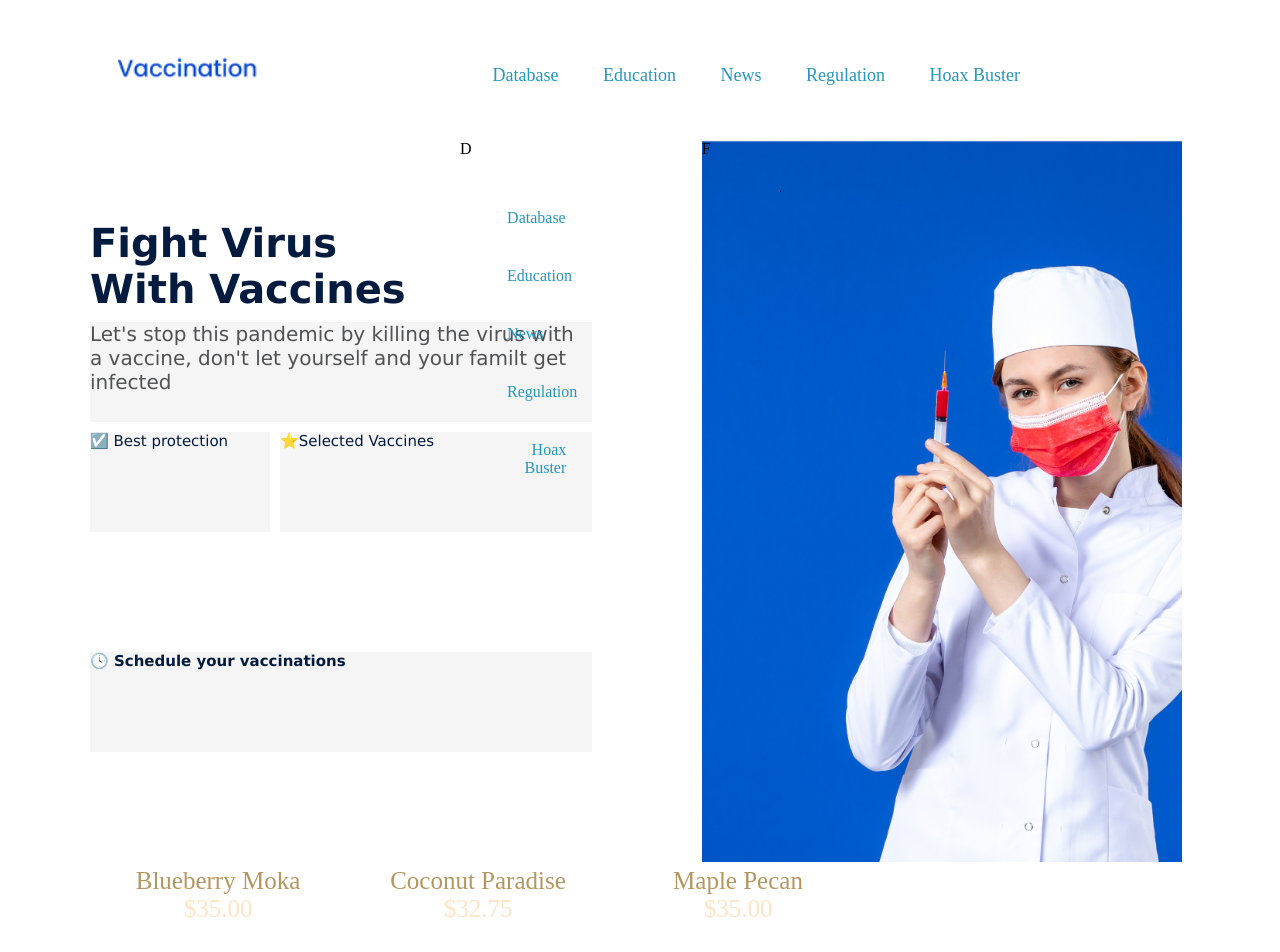
Repository: roge64/cssfrontend
Page: index.html
The author's editor kept a copy of each file at every save. The page is drawn from the files as they stood at one save, then again after the next save.
The browser window is 1280 px wide. The pictures show the part of the page from y = 0 to 952 px (the page is 2338 px tall).
A picture or video elsewhere on the page could not be fetched, so the positions and the page height are approximate.

Above is the page before, as saved 2022-03-10 17:11:37.

### index.html
<!DOCTYPE html>
<html lang="en">

<head>
    <meta charset="UTF-8">
    <meta http-equiv="X-UA-Compatible" content="IE=edge">
    <meta name="viewport" content="width=device-width, initial-scale=1.0">
    <title>3 Cakes</title>
    <link rel="stylesheet" href="estilos/estilos.css">


</head>

<body>

    <section id="container">

        <header>
            <!--             <p style="color:#b49760"> Only 3 cakes for 3 months, and then we change all! </p> -->

        </header>

    <section id="banner">

        <article id="banner1">

        </article>

        <article id="banner2">
            <ul class="menu">
                <li><a href="#home"></a>Database</li>
                <li><a href="#cakes"></a>Education</li>
                <li><a href="#decor"></a>News</li>
                <li><a href="#order"></a>Regulation</li>
                <li><a href="#admin"></a>Hoax Buster</li>
                <!-- <li><a href="#void"></a>   </li> -->
            </ul>
        </article>

    </section>


<!--     <section id="tienda">
        <article id="cake1"> </article>
        <article id="cake2"> </article>
        <div class="wrapper">
            <div class="box e">E</div>
            <div class="box f">F</div>
            <div class="box g">G</div>
            <div class="box h">H</div>
        </div>
    </section> -->

    <div class="wrapper">
        <div class="box d">D</div>
        <div class="box e" style="color:#041b40">Fight Virus With Vaccines</div>
        <div class="box f">F</div>
        <div class="box g" style="color:#515254"> Let's stop this pandemic by killing the virus with a vaccine, don't let yourself and your familt get infected</div>
        <div class="box h" style="color:#041b40">☑️ Best protection</div>
        <div class="box i" style="color:#041b40"> ⭐Selected Vaccines</div>
        <div class="box j" style="color:#041b40"> 🕓 Schedule your vaccinations</div>

            <ul class="menu">
                <li><a href="#home"></a>Database</li>
                <li><a href="#cakes"></a>Education</li>
                <li><a href="#decor"></a>News</li>
                <li><a href="#order"></a>Regulation</li>
                <li><a href="#admin"></a>Hoax Buster</li>
            </ul>

    </div>

    <section id="names">
        <article id="name1">
            <p style="color:#b49760"> Blueberry Moka</p>
            <p style="color: bisque"> $35.00</p>
        </article>
        <article id="name2">
            <p style="color:#b49760"> Coconut Paradise</p>
            <p style="color: bisque"> $32.75</p>
        </article>
        <article id="name3">
            <p style="color:#b49760"> Maple Pecan</p>
            <p style="color: bisque"> $35.00</p>
        </article>
    </section>

    <section id="separador">


    </section>

    <section id="social">
        <article id="social1">
            <a href="#"><img src="img/instagram.png" alt="instagram"></a>
            <a href="#"><img src="img/facebook.png" alt="facebook"></a>
            <a href="#"><img src="img/youtube.png" alt="youtube"></a>
            <a href="#"><img src="img/twitter.png" alt="twitter"></a>
        </article>

        <article id="social2">
            <div id="lte_icons-2" class="widget widget_lte_icons">
                <h3 class="lte-header-widget " style="color:bisque"><span class="widget-icon"></span>Contact us
                </h3>
                <ul class="lte-social-icons-list">
                    <li>
                        <a href="#"><span class="lte-ic icon icon-phone-call"></span><span class="lte-header"
                                style="color:bisque">Phone:</span><span class="lte-txt" style="color:#b49760">+52
                                01-2345-6789<br> </span>
                        </a>
                    </li>
                    <li>
                        <a href="#"><span class="lte-ic icon icon-location"></span><span class="lte-header"
                                style="color:bisque">Our location:</span><span class="lte-txt" style="color:#b49760">975
                                FrontEnd Ave, NA 105048, Unknown</span>
                        </a>
                    </li>
                    <li>
                        <a href="#"><span class="lte-ic icon icon-mail"></span><span class="lte-header"
                                style="color:bisque">Email:</span><span class="lte-txt"
                                style="color:#b49760">3cakes@3cakes.com</span>
                        </a>
                    </li>
                    <li>
                        <a href="#">
                            <span class="lte-ic icon icon-mail"></span>
                            <span class="lte-header" style="color:bisque">Hours:</span>
                            <span class="lte-txt" style="color:#b49760">Monday - Friday: 10:00 - 20:00</span>
                            <br>
                            <span class="lte-txt" style="color:#b49760">Saturday -Sunday: 10:00 - 14:00</span>
                        </a>
                    </li>
                </ul>
            </div>

        </article>
    </section>


    <footer>
        <p style="color:#b49760"> Copyright &copy; 2021-<script>
                document.write(new Date().getFullYear())
            </script> Rogelio Valdés All Rights Reserved</p>
        <article id="footer1"></article>
    </footer>

    </section>

</body>

</html>

### estilos/estilos.css
*{
    border: 0 ;
    margin: 0 ;
    padding: 0;
/*     text-decoration: none; */
}

body{
/*     font-family: Geneva; */
    background-color: rgb(0, 0, 0);
    width:1100px;
    margin-left:auto;
    margin-right:auto;

    background-color:white;
/* background-image:
radial-gradient(circle at 100% 150%, black 24%, #101010 24%, #101010 28%, black 28%, black 36%, #101010 36%, #101010 40%, transparent 40%, transparent),
radial-gradient(circle at 0    150%, black 24%, #101010 24%, #101010 28%, black 28%, black 35%, #101010 36%, #101010 40%, transparent 40%, transparent),
radial-gradient(circle at 50%  100%, #101010 10%, black 10%, black 23%, #101010 23%, #101010 30%, black 30%, black 43%, #101010 43%, #101010 50%, black 50%, black 63%, #101010 63%, #101010 71%, transparent 71%, transparent),
radial-gradient(circle at 100% 50%, #101010 5%, black 5%, black 15%, #101010 15%, #101010 20%, black 20%, black 29%, #101010 29%, #101010 34%, black 34%, black 44%, #101010 44%, #101010 49%, transparent 49%, transparent),
radial-gradient(circle at 0    50%, #101010 5%, black 5%, black 15%, #101010 15%, #101010 20%, black 20%, black 29%, #101010 29%, #101010 34%, black 34%, black 44%, #101010 44%, #101010 48%, transparent 49%, transparent);
background-size: 50px 31px;
 */
}

.menu{
    list-style: none;
    padding: 0;
    background: white;
    width: 90%;
    height: 75px;
    max-width: 900px;
    margin: auto;
}

.menu li{
    text-decoration: none;
    color: #2596be;
    padding: 20px;
    display: block;
}

.menu li{
    display: inline-block;
    text-align: right;
}

.menu li:hover{
    background: #2747c5;
}


#container, header, #banner, #noticias, #marcas, footer, #social1{
    /* background-color:rgb(255, 255, 255); */
    background-color:white;
/* background-image:
radial-gradient(circle at 100% 150%, black 24%, #101010 24%, #101010 28%, black 28%, black 36%, #101010 36%, #101010 40%, transparent 40%, transparent),
radial-gradient(circle at 0    150%, black 24%, #101010 24%, #101010 28%, black 28%, black 35%, #101010 36%, #101010 40%, transparent 40%, transparent),
radial-gradient(circle at 50%  100%, #101010 10%, black 10%, black 23%, #101010 23%, #101010 30%, black 30%, black 43%, #101010 43%, #101010 50%, black 50%, black 63%, #101010 63%, #101010 71%, transparent 71%, transparent),
radial-gradient(circle at 100% 50%, #101010 5%, black 5%, black 15%, #101010 15%, #101010 20%, black 20%, black 29%, #101010 29%, #101010 34%, black 34%, black 44%, #101010 44%, #101010 49%, transparent 49%, transparent),
radial-gradient(circle at 0    50%, #101010 5%, black 5%, black 15%, #101010 15%, #101010 20%, black 20%, black 29%, #101010 29%, #101010 34%, black 34%, black 44%, #101010 44%, #101010 48%, transparent 49%, transparent);
background-size: 50px 31px;
 */
    height: 1500px;
    width: 1100px;

}

header{
/*     background-color:antiquewhite;
 */
    height: 40px;
    text-align: center;
    font-size: x-large;

}

#banner{
    background-color:white;
/*     background-color:rgb(25, 25, 25); */
    width: 1100px;
    height: 100px;


}


#noticias{
/*     background-color: antiquewhite;
 */
    height: 200px;
}

#tienda #names{
/*     background-color: grey; */
/* background-color:black;
background-image:
radial-gradient(circle at 100% 150%, black 24%, #101010 24%, #101010 28%, black 28%, black 36%, #101010 36%, #101010 40%, transparent 40%, transparent),
radial-gradient(circle at 0    150%, black 24%, #101010 24%, #101010 28%, black 28%, black 35%, #101010 36%, #101010 40%, transparent 40%, transparent),
radial-gradient(circle at 50%  100%, #101010 10%, black 10%, black 23%, #101010 23%, #101010 30%, black 30%, black 43%, #101010 43%, #101010 50%, black 50%, black 63%, #101010 63%, #101010 71%, transparent 71%, transparent),
radial-gradient(circle at 100% 50%, #101010 5%, black 5%, black 15%, #101010 15%, #101010 20%, black 20%, black 29%, #101010 29%, #101010 34%, black 34%, black 44%, #101010 44%, #101010 49%, transparent 49%, transparent),
radial-gradient(circle at 0    50%, #101010 5%, black 5%, black 15%, #101010 15%, #101010 20%, black 20%, black 29%, #101010 29%, #101010 34%, black 34%, black 44%, #101010 44%, #101010 48%, transparent 49%, transparent);
background-size: 50px 31px; */

    height: 300px;
    width: 1000px;
    padding-left: 10px;
    padding-right: 10px;
    padding-top: 5px;
    text-align: center;
}

#marcas{
/*     background-color:rgb(58, 41, 18); */
    height: 205px;
}


footer{
    width: 800px;
/*     background-color:rgb(0, 0, 0); */
    text-align: center;
    height: 25px;
    padding-top: 7px;

}


#banner #banner1{
/*     background-color: rgb(180, 134, 73); */
    width: 170px;
    height: 50px;
    float: left;
    text-align: center;
/*     display: inline-block; */
    margin: 5px 5px;
    background-image: url("../img/logo1.png");
    background-repeat: no-repeat;
    background-size: cover;
}

#banner #banner2{
/*     background-color: rgb(180, 134, 73); */
    width: 750px;
    height: 100px;
    float: right;
/*     display: inline-block; */
    /* vertical-align: center;  */
    margin: 5px 5px;
    font-size: 18px;
}

#noticias #news1{
/*     background-color: rgb(41, 38, 34); */
    font-size: 50px;

    text-align: center;
    width: 790px;
    height: 200px;
    display: inline-block;
    vertical-align: center;
    margin: 5px 5px;

}


#tienda #cake1{
    background: rgb(109, 175, 33);
    width: 480px;
    height: 485px;
    display: inline-block;
    vertical-align: top;
    margin: 5px 8px;

}

#tienda #cake2{
    background: cornflowerblue;
    width: 450px;
    height: 585px;
    display: inline-block;
    vertical-align: top;
    margin: 5px 70px;
    background-image: url("../img/picx1.png");
    background-repeat: no-repeat;
    background-size: cover;
}

/* #tienda #cake3{
    background: rgb(175, 169, 112);
    width: 240px;
    height: 285px;
    display: inline-block;
    vertical-align: top;
    margin: 5px 5px;
} */

#names #name1{
    font-size: 25px;
    text-align: center;
    width: 240px;
    height: 60px;
    display: inline-block;
    vertical-align: top;
    margin: 5px 8px;
}

#names #name2{
    font-size: 25px;
    text-align: center;
    width: 240px;
    height: 60px;
    display: inline-block;
    vertical-align: top;
    margin: 5px 8px;
}

#names #name3{
    font-size: 25px;
    text-align: center;
    width: 240px;
    height: 60px;
    display: inline-block;
    vertical-align: top;
    margin: 5px 8px;
}

#social #social1{
    text-decoration: none;
/*     background: rgb(109, 175, 33); */
    width: 375px;
    height: 150px;
    display: inline-block;
    vertical-align: center;
    margin: 10px 12px;
}

#social #social2{
    text-decoration: none;
/*     background: rgb(109, 175, 33); */
    width: 375px;
    height: 150px;
    display: inline-block;
    vertical-align: center;
    margin: 10px 10px;
}

#social #social1 {
    color: rgb(175, 169, 112);


}

#separador {
        width: 800px;
        text-align: center;
        height: 100px;

}

.wrapper {
    display: grid;
    grid-template-columns: repeat(1, 1fr);
    gap: 10px;
    grid-auto-rows: minmax(100px, auto);
  }


  .e {
    grid-column: 1 / 38;
    grid-row: 1 / 2;
    margin-top: 80px;
    background-color:white;
    font-family:Verdana, Geneva, Tahoma, sans-serif;
    font-size: 40px;
    font-weight: 600;
    font-stretch: expanded;
  }
  .f {
    grid-column: 50 / 99;
    grid-row: 1 / 7;
    background-color:aqua;
    background-image: url("../img/picx1.png");
    background-repeat: no-repeat;
    background-size: cover;

  }
  .g {
    grid-column: 1 / 40;
    grid-row: 2 / 3;
    margin-top: 20;
    background-color:whitesmoke;
    font-family:Verdana, Geneva, Tahoma, sans-serif;
    font-size: 20px;
    font-weight: 500;
    font-stretch: expanded;
  }
  .h {
    grid-column: 1 / 20;
    grid-row: 3 / 3;
    background-color:whitesmoke;
    font-family:Verdana, Geneva, Tahoma, sans-serif;
    font-size: 15px;
    font-weight: 200;
    font-stretch: expanded;
  }
  .i {
    grid-column: 20 / 40;
    grid-row: 3 / 3;
    background-color:whitesmoke;
    font-family:Verdana, Geneva, Tahoma, sans-serif;
    font-size: 15px;
    font-weight: 200;
    font-stretch: expanded;
  }
  .j {
    grid-column: 1 / 40;
    grid-row: 5 / 5;
    background-color:whitesmoke;
    font-family:Verdana, Geneva, Tahoma, sans-serif;
    font-size: 15px;
    font-weight: 600;
    font-stretch: expanded;
  }

After the next save:
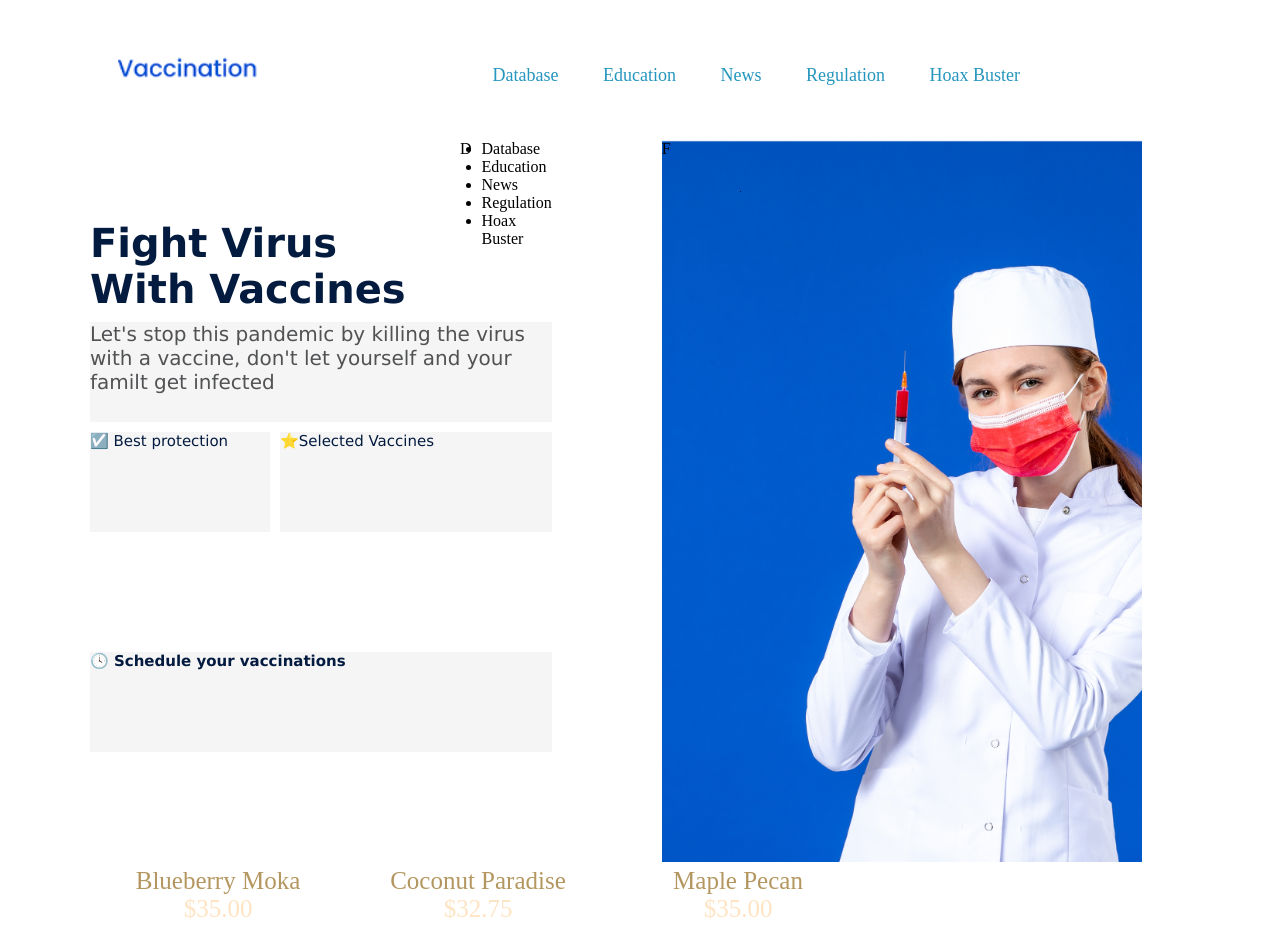
Saved 18 s later.
--- a/index.html
+++ b/index.html
@@ -60,7 +60,7 @@
         <div class="box i" style="color:#041b40"> ⭐Selected Vaccines</div>
         <div class="box j" style="color:#041b40"> 🕓 Schedule your vaccinations</div>
 
-            <ul class="menu">
+            <ul class="box k">
                 <li><a href="#home"></a>Database</li>
                 <li><a href="#cakes"></a>Education</li>
                 <li><a href="#decor"></a>News</li>
